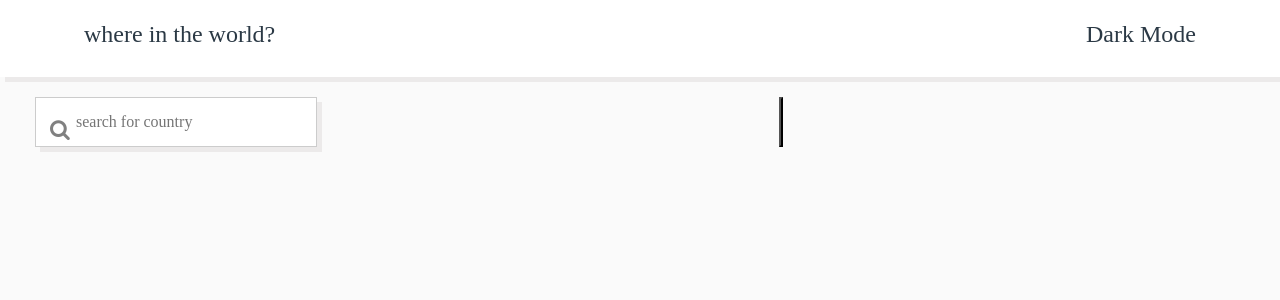
Repository: lamilekan263/countries
Page: /
These files come from the project's save history. The page is drawn as it stood at one moment and after the next save; the edit follows.
The browser window is 1280 px wide. The pictures show the whole page.
The page's requests for data from a server got no answer. The project was rebuilt for these pictures with package versions that can differ from the ones it lists, and the page was loaded fresh each time. No one was signed in, and anything a server would have sent is missing. Also part of the build but not shown: src/components/country/country.css, src/components/country/country.jsx.

Above is the page before, as saved 2020-07-30 16:32:26.

After the next save:
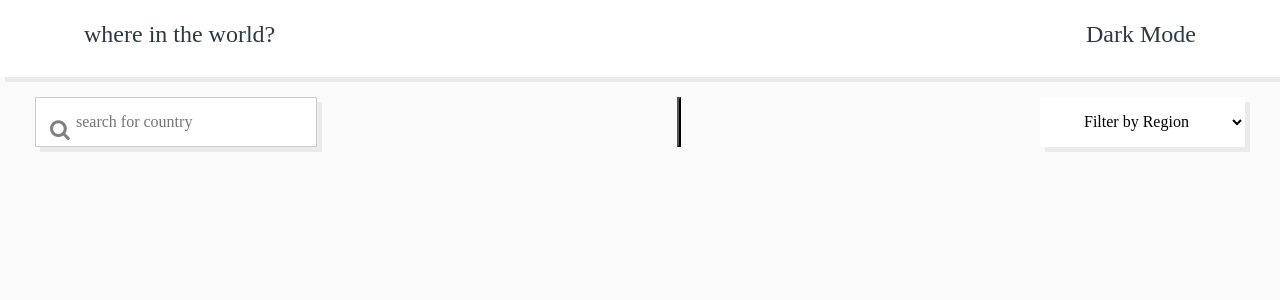
Saved 8 s later.
--- a/src/components/form.component/form.component.jsx
+++ b/src/components/form.component/form.component.jsx
@@ -20,7 +20,14 @@ const MyForm =props =>{
             <form className="myForm" onSubmit = {onSubmit}>
                     <Input onHandleChange={props.handleChange}/>
                     <button></button>
-                    <SelectDropDownByRegion/>
+                    <select name="Filter by Region">
+            <option value="">Filter by Region</option>
+            <option value="Africa">Africa</option>
+            <option value="Americas">Americas</option>
+            <option value="Asia">Asia</option>
+            <option value="Europe">Europe</option>
+            <option value="Oceania">Oceania</option>
+        </select>
             </form>
 
         </div>
